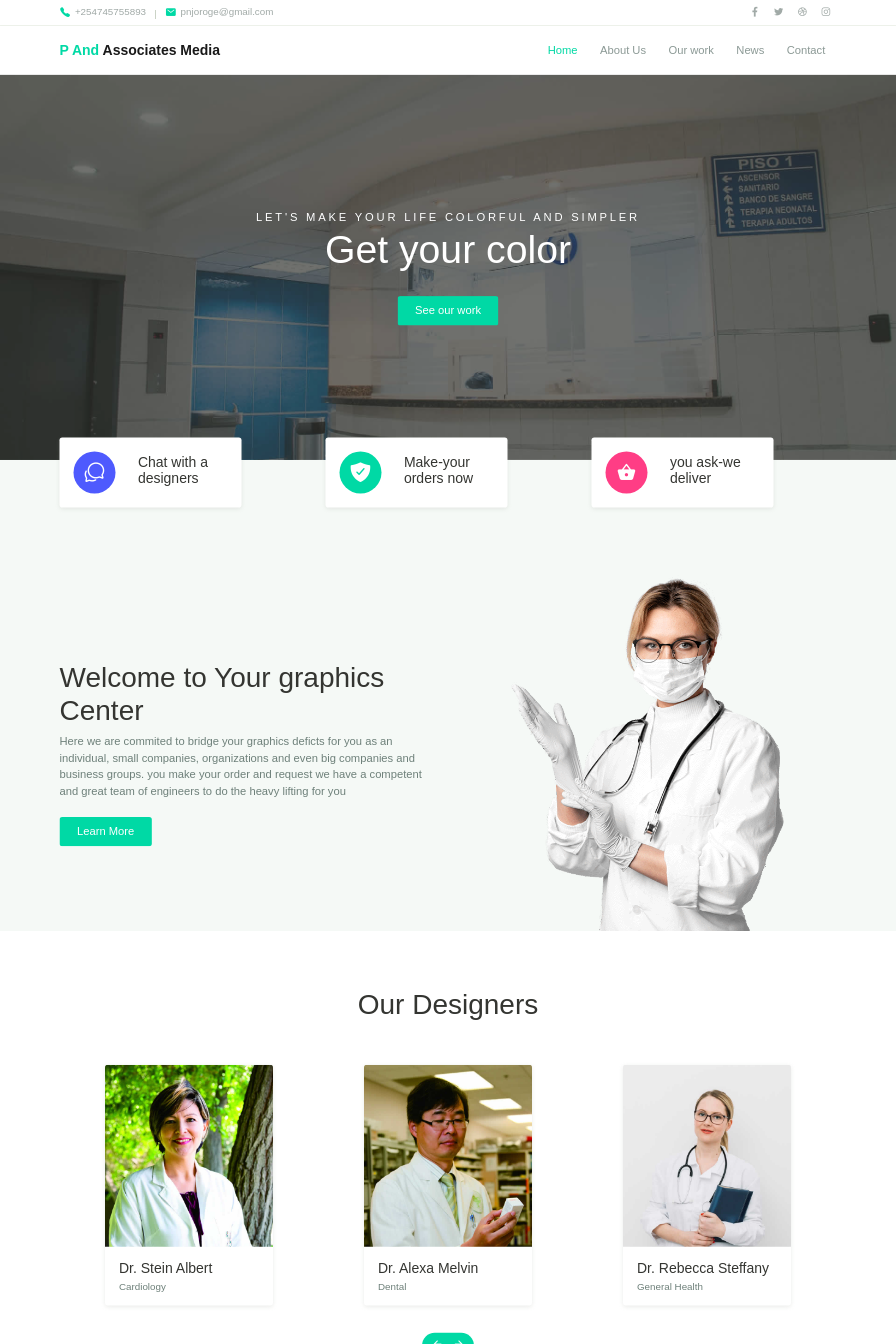
Repository: profbkmurage/myWeb
Page: html/index.html
These files come from the project's save history. The page is drawn as it stood at one moment and after the next save; the edit follows.
The browser window is 1280 px wide. The pictures show the part of the page from y = 0 to 1920 px (the page is 3491 px tall), at 70% of full size.

Above is the page before, as saved 2023-12-11 12:08:50.

### html/index.html
<!DOCTYPE html>
<html lang="en">
<head>
  <meta charset="UTF-8">
  <meta name="viewport" content="width=device-width, initial-scale=1.0">

  <meta http-equiv="X-UA-Compatible" content="ie=edge">

  <title>M&M Website</title>

  <link rel="stylesheet" href="../assets/css/maicons.css">

  <link rel="stylesheet" href="../assets/css/bootstrap.css">

  <link rel="stylesheet" href="../assets/vendor/owl-carousel/css/owl.carousel.css">

  <link rel="stylesheet" href="../assets/vendor/animate/animate.css">

  <link rel="stylesheet" href="../assets/css/theme.css">
</head>
<body>

  <!-- Back to top button -->
  <div class="back-to-top"></div>

  <header>
    <div class="topbar">
      <div class="container">
        <div class="row">
          <div class="col-sm-8 text-sm">
            <div class="site-info">
              <a href="tel:0745755893" ><span class="mai-call text-primary"></span> +254745755893</a>
              <span class="divider">|</span>
              <a href="#"><span class="mai-mail text-primary"></span> pnjoroge@gmail.com</a>
            </div>
          </div>
          <div class="col-sm-4 text-right text-sm">
            <div class="social-mini-button">
              <a href="#"><span class="mai-logo-facebook-f"></span></a>
              <a href="#"><span class="mai-logo-twitter"></span></a>
              <a href="#"><span class="mai-logo-dribbble"></span></a>
              <a href="#"><span class="mai-logo-instagram"></span></a>
            </div>
          </div>
        </div> <!-- .row -->
      </div> <!-- .container -->
    </div> <!-- .topbar -->

    <nav class="navbar navbar-expand-lg navbar-light shadow-sm">
      <div class="container">
        <a class="navbar-brand" href="#"><span class="text-primary">P And</span> Associates Media</a>

        <!-- <form action="#">
          <div class="input-group input-navbar">
            <div class="input-group-prepend">
              <span class="input-group-text" id="icon-addon1"><span class="mai-search"></span></span>
            </div>
            <input type="text" class="form-control" placeholder="Enter keyword.." aria-label="Username" aria-describedby="icon-addon1">
          </div>
        </form> -->

        <button class="navbar-toggler" type="button" data-toggle="collapse" data-target="#navbarSupport" aria-controls="navbarSupport" aria-expanded="false" aria-label="Toggle navigation">
          <span class="navbar-toggler-icon"></span>
        </button>

        <div class="collapse navbar-collapse" id="navbarSupport">
          <ul class="navbar-nav ml-auto">
            <li class="nav-item active">
              <a class="nav-link" href="index.html">Home</a>
            </li>
            <li class="nav-item">
              <a class="nav-link" href="about.html">About Us</a>
            </li>
            <li class="nav-item">
              <a class="nav-link" href="work.html">Our work</a>
            </li>
            <li class="nav-item">
              <a class="nav-link" href="blog.html">News</a>
            </li>
            <li class="nav-item">
              <a class="nav-link" href="contact.html">Contact</a>
            </li>
            <!-- <li class="nav-item">
              <a class="btn btn-primary ml-lg-3" href="#">Login / Register</a>
            </li> -->
          </ul>
        </div> <!-- .navbar-collapse -->
      </div> <!-- .container -->
    </nav>
  </header>

  <div class="page-hero bg-image overlay-dark" style="background-image: url(../assets/img/bg_image_1.jpg);">
    <div class="hero-section">
      <div class="container text-center wow zoomIn">
        <span class="subhead">Let's make your life colorful and simpler</span>
        <h1 class="display-4">Get your color</h1>
        <a href="./work.html" class="btn btn-primary">See our work</a>
      </div>
    </div>
  </div>


  <div class="bg-light">
    <div class="page-section py-3 mt-md-n5 custom-index">
      <div class="container">
        <div class="row justify-content-center">
          <div class="col-md-4 py-3 py-md-0">
            <div class="card-service wow fadeInUp">
              <div class="circle-shape bg-secondary text-white">
                <span class="mai-chatbubbles-outline"></span>
              </div>
              <p><span>Chat</span> with a designers</p>
            </div>
          </div>
          <div class="col-md-4 py-3 py-md-0">
            <div class="card-service wow fadeInUp">
              <div class="circle-shape bg-primary text-white">
                <span class="mai-shield-checkmark"></span>
              </div>
              <p><span>Make</span>-your orders now</p>
            </div>
          </div>
          <div class="col-md-4 py-3 py-md-0">
            <div class="card-service wow fadeInUp">
              <div class="circle-shape bg-accent text-white">
                <span class="mai-basket"></span>
              </div>
              <p><span>you ask</span>-we deliver</p>
            </div>
          </div>
        </div>
      </div>
    </div> <!-- .page-section -->

    <div class="page-section pb-0">
      <div class="container">
        <div class="row align-items-center">
          <div class="col-lg-6 py-3 wow fadeInUp">
            <h1>Welcome to Your graphics <br> Center</h1>
            <p class="text-grey mb-4">Here we are commited to bridge your graphics deficts for you as an individual, small companies, organizations and even big companies and business groups. you make your order and request we have a competent and great team of engineers to do the heavy lifting for you</p>
            <a href="about.html" class="btn btn-primary">Learn More</a>
          </div>
          <div class="col-lg-6 wow fadeInRight" data-wow-delay="400ms">
            <div class="img-place custom-img-1">
              <img src="../assets/img/bg-doctor.png" alt="">
            </div>
          </div>
        </div>
      </div>
    </div> <!-- .bg-light -->
  </div> <!-- .bg-light -->

  <div class="page-section">
    <div class="container">
      <h1 class="text-center mb-5 wow fadeInUp">Our Designers</h1>

      <div class="owl-carousel wow fadeInUp" id="doctorSlideshow">
        <div class="item">
          <div class="card-doctor">
            <div class="header">
              <img src="../assets/img/doctors/doctor_1.jpg" alt="">
              <div class="meta">
                <a href="#"><span class="mai-call"></span></a>
                <a href="#"><span class="mai-logo-whatsapp"></span></a>
              </div>
            </div>
            <div class="body">
              <p class="text-xl mb-0">Dr. Stein Albert</p>
              <span class="text-sm text-grey">Cardiology</span>
            </div>
          </div>
        </div>
        <div class="item">
          <div class="card-doctor">
            <div class="header">
              <img src="../assets/img/doctors/doctor_2.jpg" alt="">
              <div class="meta">
                <a href="#"><span class="mai-call"></span></a>
                <a href="#"><span class="mai-logo-whatsapp"></span></a>
              </div>
            </div>
            <div class="body">
              <p class="text-xl mb-0">Dr. Alexa Melvin</p>
              <span class="text-sm text-grey">Dental</span>
            </div>
          </div>
        </div>
        <div class="item">
          <div class="card-doctor">
            <div class="header">
              <img src="../assets/img/doctors/doctor_3.jpg" alt="">
              <div class="meta">
                <a href="#"><span class="mai-call"></span></a>
                <a href="#"><span class="mai-logo-whatsapp"></span></a>
              </div>
            </div>
            <div class="body">
              <p class="text-xl mb-0">Dr. Rebecca Steffany</p>
              <span class="text-sm text-grey">General Health</span>
            </div>
          </div>
        </div>
        <div class="item">
          <div class="card-doctor">
            <div class="header">
              <img src="../assets/img/doctors/doctor_3.jpg" alt="">
              <div class="meta">
                <a href="#"><span class="mai-call"></span></a>
                <a href="#"><span class="mai-logo-whatsapp"></span></a>
              </div>
            </div>
            <div class="body">
              <p class="text-xl mb-0">Dr. Rebecca Steffany</p>
              <span class="text-sm text-grey">General Health</span>
            </div>
          </div>
        </div>
        <div class="item">
          <div class="card-doctor">
            <div class="header">
              <img src="../assets/img/doctors/doctor_3.jpg" alt="">
              <div class="meta">
                <a href="#"><span class="mai-call"></span></a>
                <a href="#"><span class="mai-logo-whatsapp"></span></a>
              </div>
            </div>
            <div class="body">
              <p class="text-xl mb-0">Dr. Rebecca Steffany</p>
              <span class="text-sm text-grey">General Health</span>
            </div>
          </div>
        </div>
      </div>
    </div>
  </div>

  <!-- <div class="page-section bg-light">
    <div class="container">
      <h1 class="text-center wow fadeInUp">Latest News</h1>
      <div class="row mt-5">
        <div class="col-lg-4 py-2 wow zoomIn">
          <div class="card-blog">
            <div class="header">
              <div class="post-category">
                <a href="#">Covid19</a>
              </div>
              <a href="blog-details.html" class="post-thumb">
                <img src="../assets/img/blog/blog_1.jpg" alt="">
              </a>
            </div>
            <div class="body">
              <h5 class="post-title"><a href="blog-details.html">List of Countries without Coronavirus case</a></h5>
              <div class="site-info">
                <div class="avatar mr-2">
                  <div class="avatar-img">
                    <img src="../assets/img/person/person_1.jpg" alt="">
                  </div>
                  <span>Roger Adams</span>
                </div>
                <span class="mai-time"></span> 1 week ago
              </div>
            </div>
          </div>
        </div>
        <div class="col-lg-4 py-2 wow zoomIn">
          <div class="card-blog">
            <div class="header">
              <div class="post-category">
                <a href="#">Covid19</a>
              </div>
              <a href="blog-details.html" class="post-thumb">
                <img src="../assets/img/blog/blog_2.jpg" alt="">
              </a>
            </div>
            <div class="body">
              <h5 class="post-title"><a href="blog-details.html">Recovery Room: News beyond the pandemic</a></h5>
              <div class="site-info">
                <div class="avatar mr-2">
                  <div class="avatar-img">
                    <img src="../assets/img/person/person_1.jpg" alt="">
                  </div>
                  <span>Roger Adams</span>
                </div>
                <span class="mai-time"></span> 4 weeks ago
              </div>
            </div>
          </div>
        </div>
        <div class="col-lg-4 py-2 wow zoomIn">
          <div class="card-blog">
            <div class="header">
              <div class="post-category">
                <a href="#">Covid19</a>
              </div>
              <a href="blog-details.html" class="post-thumb">
                <img src="../assets/img/blog/blog_3.jpg" alt="">
              </a>
            </div>
            <div class="body">
              <h5 class="post-title"><a href="blog-details.html">What is the impact of eating too much sugar?</a></h5>
              <div class="site-info">
                <div class="avatar mr-2">
                  <div class="avatar-img">
                    <img src="../assets/img/person/person_2.jpg" alt="">
                  </div>
                  <span>Diego Simmons</span>
                </div>
                <span class="mai-time"></span> 2 months ago
              </div>
            </div>
          </div>
        </div>

        <div class="col-12 text-center mt-4 wow zoomIn">
          <a href="blog.html" class="btn btn-primary">Read More</a>
        </div>

      </div>
    </div>
  </div> .page-section -->

  <div class="page-section">
    <div class="container">
      <h1 class="text-center wow fadeInUp">Make your request today</h1>

      <form class="main-form">
        <div class="row mt-5 ">
          <div class="col-12 col-sm-6 py-2 wow fadeInLeft">
            <input type="text" class="form-control" placeholder="Full name">
          </div>
          <div class="col-12 col-sm-6 py-2 wow fadeInRight">
            <input type="text" class="form-control" placeholder="Email address">
          </div>
          <div class="col-12 col-sm-6 py-2 wow fadeInLeft" data-wow-delay="300ms">
            <input type="date" class="form-control">
          </div>
          <div class="col-12 col-sm-6 py-2 wow fadeInRight" data-wow-delay="300ms">
            <select name="departement" id="departement" class="custom-select">
              <option value="general">CHurch</option>
              <option value="cardiology">Small Business</option>
              <option value="dental">Large organization</option>
              <option value="neurology">Video coverage</option>
              <option value="orthopaedics">video editing</option>
            </select>
          </div>
          <div class="col-12 py-2 wow fadeInUp" data-wow-delay="300ms">
            <input type="text" class="form-control" placeholder="whatsapp Number">
          </div>
          <div class="col-12 py-2 wow fadeInUp" data-wow-delay="300ms">
            <textarea name="message" id="message" class="form-control" rows="6" placeholder="Enter message.."></textarea>
          </div>
        </div>

        <button type="submit" class="btn btn-primary mt-3 wow zoomIn">Submit Request</button>
      </form>
    </div>
  </div> <!-- .page-section -->

  <div class="page-section banner-home bg-image" style="background-image: url(../assets/img/banner-pattern.svg);">
    <div class="container py-5 py-lg-0">
      <div class="row align-items-center">
        <div class="col-lg-4 wow zoomIn">
          <div class="img-banner d-none d-lg-block">
            <img src="../assets/img/mobile_app.png" alt="">
          </div>
        </div>
        <div class="col-lg-8 wow fadeInRight">
          <h1 class="font-weight-normal mb-3">Get easy access of all features using One Health Application</h1>
          <a href="#"><img src="../assets/img/google_play.svg" alt=""></a>
          <a href="#" class="ml-2"><img src="../assets/img/app_store.svg" alt=""></a>
        </div>
      </div>
    </div>
  </div> <!-- .banner-home -->

  <footer class="page-footer">
    <div class="container">
      <div class="row px-md-3">
        <div class="col-sm-6 col-lg-4 py-3">
          <h5>Company</h5>
          <ul class="footer-menu">
            <li><a href="#">About Us</a></li>
            <li><a href="#">Career</a></li>
            <li><a href="#">Editorial Team</a></li>
            <li><a href="#">Protection</a></li>
          </ul>
        </div>
        <div class="col-sm-6 col-lg-4 py-3">
          <h5>More</h5>
          <ul class="footer-menu">
            <li><a href="#">Terms & Condition</a></li>
            <li><a href="#">Privacy</a></li>
            <li><a href="#">Advertise</a></li>
            <li><a href="#">Join as editor</a></li>
          </ul>
        </div>
        <!-- <div class="col-sm-6 col-lg-3 py-3">
          <h5>Our partner</h5>
          <ul class="footer-menu">
            <li><a href="#">One-Fitness</a></li>
            <li><a href="#">One-Drugs</a></li>
            <li><a href="#">One-Live</a></li>
          </ul>
        </div> -->
        <div class="col-sm-6 col-lg-4 py-3">
          <h5>Contact</h5>
          <p class="footer-link mt-2">351 Willow Street Franklin, MA 02038</p>
          <a href="#" class="footer-link">701-573-7582</a>
          <a href="#" class="footer-link">healthcare@temporary.net</a>

          <h5 class="mt-3">Social Media</h5>
          <div class="footer-sosmed mt-3">
            <a href="#" target="_blank"><span class="mai-logo-facebook-f"></span></a>
            <a href="#" target="_blank"><span class="mai-logo-twitter"></span></a>
            <a href="#" target="_blank"><span class="mai-logo-google-plus-g"></span></a>
            <a href="#" target="_blank"><span class="mai-logo-instagram"></span></a>
            <a href="#" target="_blank"><span class="mai-logo-linkedin"></span></a>
          </div>
        </div>
      </div>

      <hr>

      <p id="copyright">Copyright &copy; 2023 . All right reserved</p>
    </div>
  </footer>

<script src="../assets/js/jquery-3.5.1.min.js"></script>

<script src="../assets/js/bootstrap.bundle.min.js"></script>

<script src="../assets/vendor/owl-carousel/js/owl.carousel.min.js"></script>

<script src="../assets/vendor/wow/wow.min.js"></script>

<script src="../assets/js/theme.js"></script>

</body>
</html>

Loaded but not shown: assets/css/bootstrap.css (library); assets/vendor/owl-carousel/css/owl.carousel.css (library); assets/vendor/animate/animate.css (library); assets/js/jquery-3.5.1.min.js (library); assets/js/bootstrap.bundle.min.js (library); assets/vendor/owl-carousel/js/owl.carousel.min.js (library); assets/vendor/wow/wow.min.js (library); assets/js/theme.js (65 lines, source omitted); assets/css/maicons.css (2634 lines, source omitted); assets/css/theme.css (1836 lines, source omitted)

After the next save:
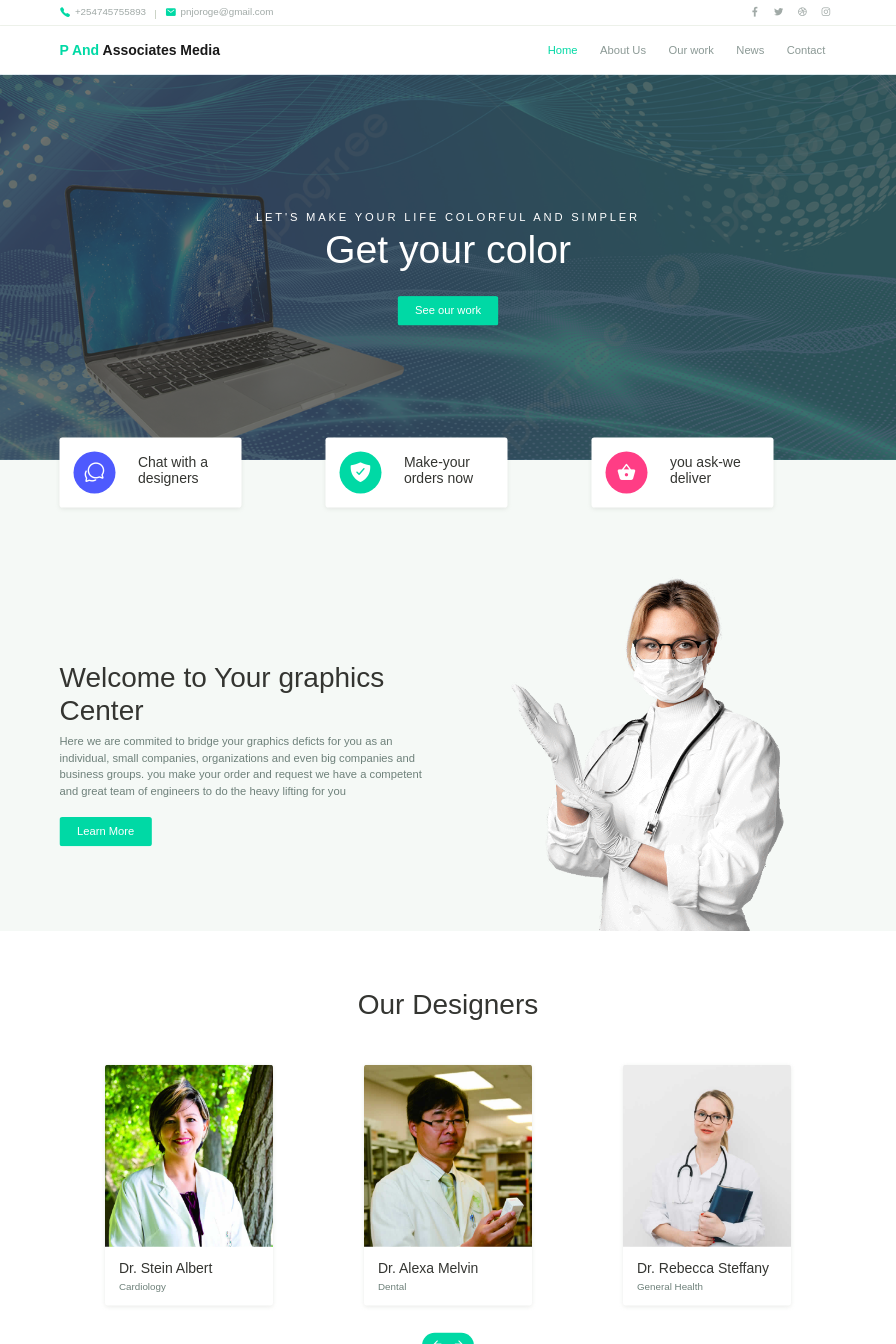
Saved 63 min 1 s later.
--- a/html/index.html
+++ b/html/index.html
@@ -89,7 +89,7 @@
     </nav>
   </header>
 
-  <div class="page-hero bg-image overlay-dark" style="background-image: url(../assets/img/bg_image_1.jpg);">
+  <div class="page-hero bg-image overlay-dark" style="background-image: url(../assets/img/landing.jpg);">
     <div class="hero-section">
       <div class="container text-center wow zoomIn">
         <span class="subhead">Let's make your life colorful and simpler</span>
